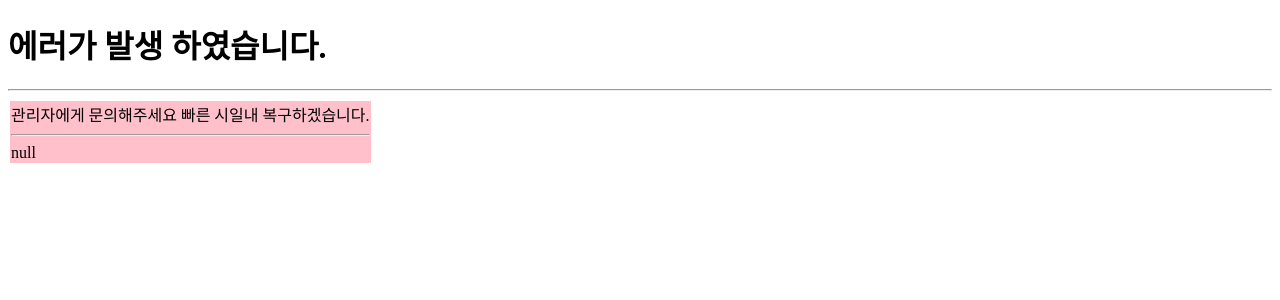
Repository: donggeonoh/My_Source
Page: http://localhost/WebProgramming/ch05/error.jsp
These files come from the project's save history. The page is drawn as it stood at one moment and after the next save; the edit follows.
The browser window is 1280 px wide. The pictures show the whole page.
The page is served by Tomcat 9. Other server files are loaded and not shown.

Above is the page before, as saved 2016-10-06 09:45:29.

### Web Source/WebProgramming/WebContent/ch05/error.jsp
<%@ page language="java" contentType="text/html; charset=UTF-8"
    pageEncoding="UTF-8" isErrorPage = "true"%>
<!DOCTYPE html PUBLIC "-//W3C//DTD HTML 4.01 Transitional//EN" "http://www.w3.org/TR/html4/loose.dtd">
<html>
<head>
<meta http-equiv="Content-Type" content="text/html; charset=UTF-8">
<title>Error of Error_test.jsp</title>
</head>
<body>
	<h1>에러가 발생 하였습니다.</h1>
	<hr>
		<table>
			<tr bgcolor = "pink">
				<td>
				관리자에게 문의해주세요
				빠른 시일내 복구하겠습니다.
				<hr>
				<%= exception%>
				</hr>
				</td>
			</tr>
		</table>
	</hr>
</body>
</html>

After the next save:
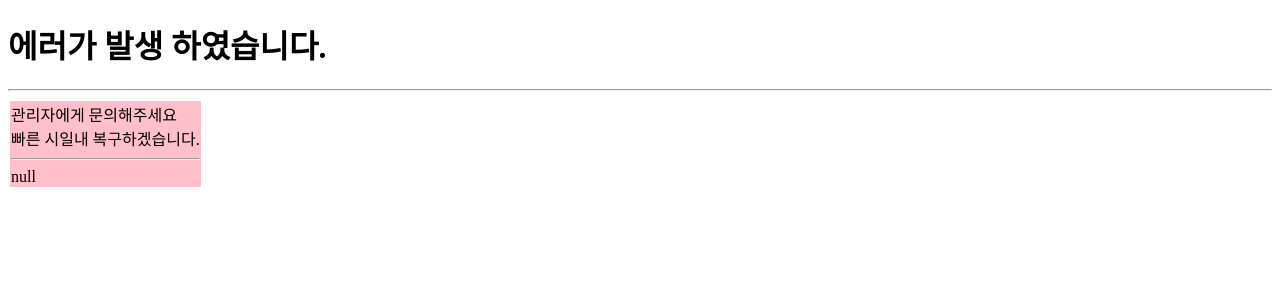
Saved 62 s later.
--- a/Web Source/WebProgramming/WebContent/ch05/error.jsp
+++ b/Web Source/WebProgramming/WebContent/ch05/error.jsp
@@ -12,7 +12,7 @@
 		<table>
 			<tr bgcolor = "pink">
 				<td>
-				관리자에게 문의해주세요
+				관리자에게 문의해주세요<br>
 				빠른 시일내 복구하겠습니다.
 				<hr>
 				<%= exception%>
